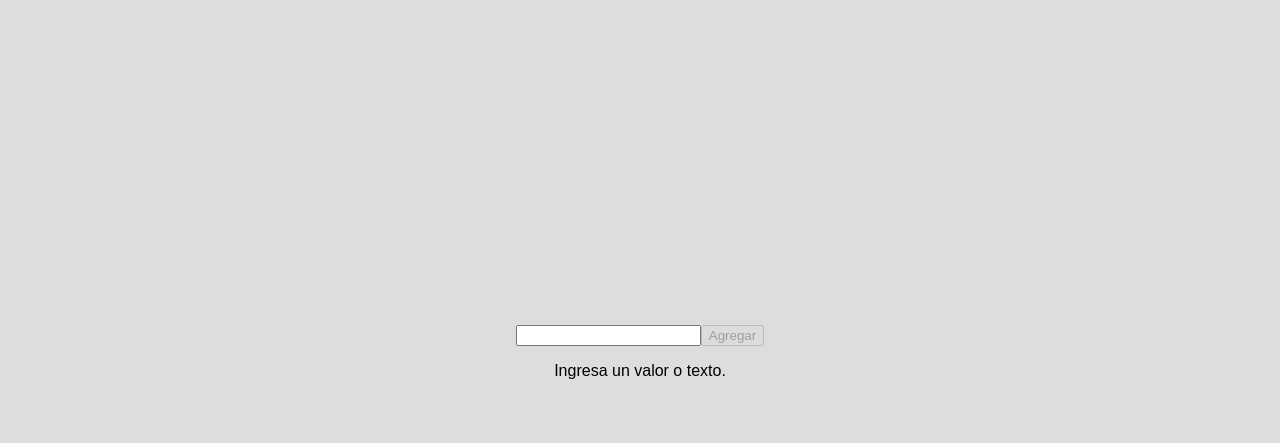
Repository: lucas-itup/react
Page: /
An editor plug-in stored every save of this project. The page is shown before and after the next save, followed by the edit.
The browser window is 1280 px wide. The pictures show the whole page.
The project was rebuilt for these pictures with package versions that can differ from the ones it lists, and the page was loaded fresh each time. Also part of the build but not shown: src/components/Checkbox.jsx.

Above is the page before, as saved 2022-12-04 20:07:22.

### src/App.js
import React from 'react';
import './App.css';
import Container from './components/Container';
function App() {
  return (
  <div className="App">
      <Container></Container>
  </div>);
}

export default App;

### src/App.css
html {
    background: #ddd;
    height: 100%;
    display: flex;
}

body {
    width: 100%;
    margin: auto;
}

.App {
    font-family: sans-serif;
    text-align: center;
}

### src/components/Container.jsx

import React from 'react'
import FormTodo from './FormTodo';
import TaskList from './TaskList';
import { useState } from 'react';

const Container = () => {
  const [list, setList] = useState([]);

  const handleAddItem = addItem => {
    setList([...list, addItem]);
  };
  return (
    <div>

      <FormTodo handleAddItem={handleAddItem} />
      <TaskList list={list} setList={setList} />
    </div>

  )
}

export default Container

### src/components/FormTodo.jsx

import React, { useState } from 'react';
const FormTodo = props => {
	const { handleAddItem } = props;
	const [description, setDescription] = useState("");
	const handleSubmit = e => {
	  e.preventDefault();

	  handleAddItem({
		done: false,
		id: (+new Date()).toString(),
		description
	  });
	  setDescription("");
	};
	return (
	  <form onSubmit={handleSubmit}>

		<div className="todo-list">
		  <div className="file-input">

			<input
			  type="text"
			  className="text"
			  value={description}
			  onChange={e => setDescription(e.target.value)}
			/>

			<button
			  className="button pink"
			  disabled={description ? "" : "disabled"}
			>
			  Agregar
			</button>
		  </div>
		</div>
	  </form>
	);
  };



export default FormTodo;

### src/components/TaskList.jsx
import React from "react";
import Checkbox from "./Checkbox";
const TaskList = props => {

    const { list, setList } = props;

    const onChangeStatus = e => {
      const { name, checked } = e.target;


      const updateList = list.map(item => ({
        ...item,
        done: item.id === name ? checked : item.done
      }));
      setList(updateList);
    };


    const onClickRemoveItem = e => {
      const updateList = list.filter(item => !item.done);
      setList(updateList);
    };


    const chk = list.map(item => (
      <Checkbox key={item.id} data={item} onChange={onChangeStatus} />
    ));
    return (
      <div className="todo-list">
        <p>Ingresa un valor o texto.</p>
        {list.length ? chk : ""}

        {list.length ? (
          <p>
            <button className="button blue" onClick={onClickRemoveItem}>
              Borrar todos
            </button>
          </p>
        ) : null}
      </div>
    );
  };

export default TaskList;

Loaded but not shown: public/index.html (common file); src/index.js (common file); src/index.css (common file); src/reportWebVitals.js (common file)

After the next save:
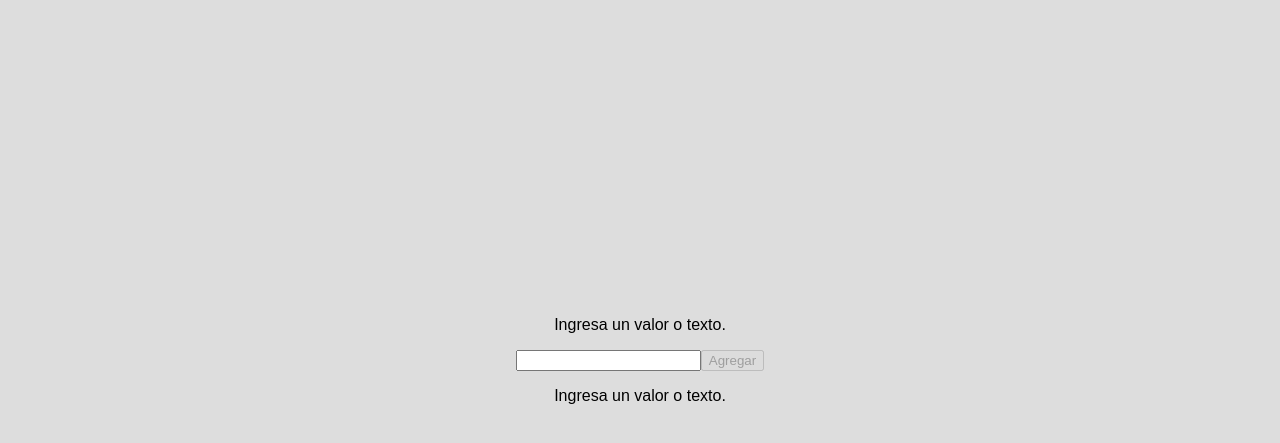
Saved 28 s later.
--- a/src/components/Container.jsx
+++ b/src/components/Container.jsx
@@ -12,7 +12,7 @@ const Container = () => {
   };
   return (
     <div>
-
+      <p>Ingresa un valor o texto.</p>
       <FormTodo handleAddItem={handleAddItem} />
       <TaskList list={list} setList={setList} />
     </div>
